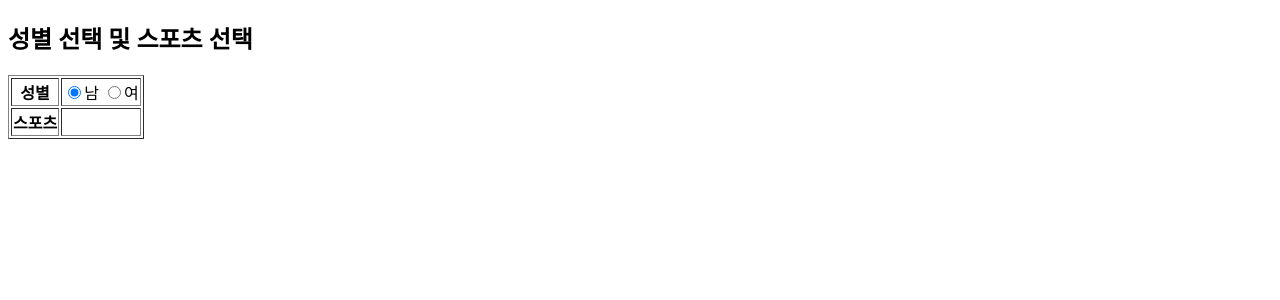
Repository: tnalss/studyWeb
Page: workspace/servlet01/src/main/webapp/choice.html
An editor plug-in stored every save of this project. The page is shown before and after the next save, followed by the edit.
The browser window is 1280 px wide. The pictures show the whole page.

Above is the page before, as saved 2022-11-10 03:27:05.

### workspace/servlet01/src/main/webapp/choice.html
<!DOCTYPE html>
<html>
<head>
<meta charset="UTF-8">
<title>Insert title here</title>
</head>
<body>
	<h2>성별 선택 및 스포츠 선택</h2>

	<form action="" method='post'>

		<table border='1'>
			<tr>
				<th>성별</th>
				<td>
				<input type="radio" name='gender' checked/>남
				<input type="radio" name='gender' />여
				</td>
			</tr>
	<tr>
		<th>스포츠</th>
		<td></td>
	</tr>


		</table>




	</form>


</body>
</html>

After the next save:
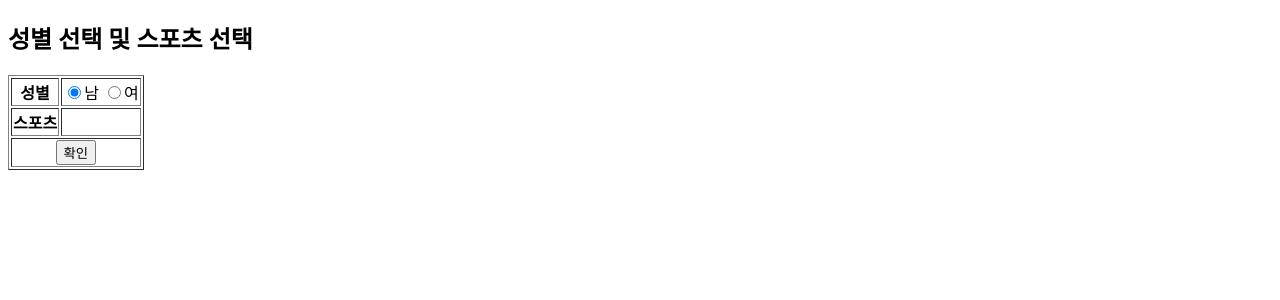
Saved 62 s later.
--- a/workspace/servlet01/src/main/webapp/choice.html
+++ b/workspace/servlet01/src/main/webapp/choice.html
@@ -12,15 +12,17 @@
 		<table border='1'>
 			<tr>
 				<th>성별</th>
-				<td>
-				<input type="radio" name='gender' checked/>남
-				<input type="radio" name='gender' />여
-				</td>
+				<td><input type="radio" name='gender' checked />남 <input
+					type="radio" name='gender' />여</td>
 			</tr>
-	<tr>
-		<th>스포츠</th>
-		<td></td>
-	</tr>
+			<tr>
+				<th>스포츠</th>
+				<td></td>
+			</tr>
+
+			<tr>
+				<th colspan='2'><input type="submit" value='확인' /></th>
+			</tr>
 
 
 		</table>
